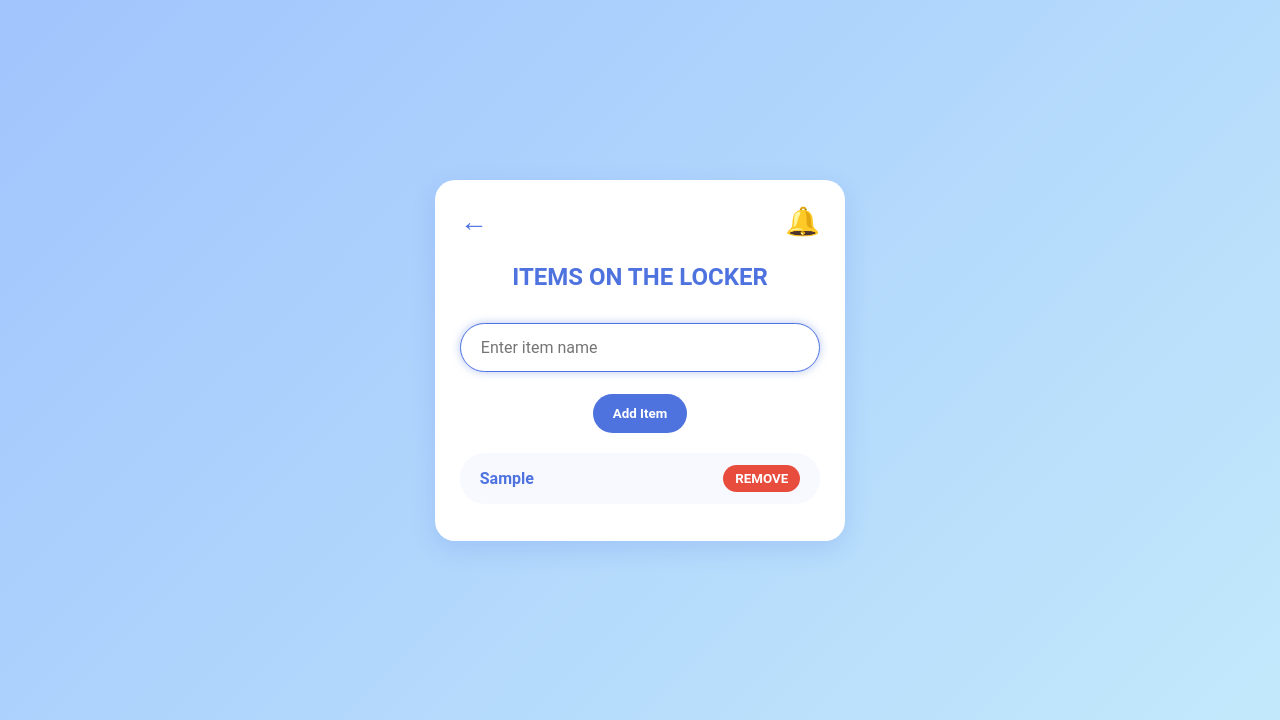
Repository: chaalim/smartlockerapp
Page: smart-locker-app/items.html
The author's editor kept a copy of each file at every save. The page is drawn from the files as they stood at one save, then again after the next save.
The browser window is 1280 px wide. The pictures show the whole page.
Empty fields were first filled with sample values (such as "Sample", 5 or name@example.com).
After loading, the first visible `#item-form` was submitted once.

Above is the page before, as saved 2025-05-19 15:35:34.

### smart-locker-app/items.html
<!-- items.html -->
<!DOCTYPE html>
<html lang="en">
<head>
  <meta charset="UTF-8" />
  <meta name="viewport" content="width=device-width, initial-scale=1.0"/>
  <title>Smart Locker – Items</title>
  <link rel="stylesheet" href="styles.css" />
</head>
<body>
  <div class="dashboard-container">
    <div class="dashboard-header">
      <span class="icon" onclick="window.location.href='dashboard.html'">&#8592;</span>
      <span class="icon">&#128276;</span>
    </div>
    <h2>ITEMS ON THE LOCKER</h2>
    <form id="item-form">
      <input type="text" id="item-input" class="input" placeholder="Enter item name" required />
      <button type="submit" class="dashboard-btn">Add Item</button>
    </form>
    <div class="item-list" id="item-list">
      <!-- dynamically inserted items -->
    </div>
  </div>
  <script src="app.js"></script>
</body>
</html>

### smart-locker-app/styles.css
/* ===== Global Styles ===== */
* {
  margin: 0;
  padding: 0;
  box-sizing: border-box;
  font-family: 'Roboto', sans-serif;
}

body {
  background: linear-gradient(135deg, #a1c4fd, #c2e9fb);
  color: #333;
  min-height: 100vh;
  display: flex;
  justify-content: center;
  align-items: center;
  padding: 20px;
}

/* ===== Container ===== */
.container {
  background: #ffffff;
  border-radius: 20px;
  padding: 40px 30px;
  box-shadow: 0 8px 24px rgba(46, 89, 217, 0.15);
  width: 100%;
  max-width: 400px;
  text-align: center;
}

/* ===== Logo ===== */
.logo {
  width: 120px;
  margin-bottom: 25px;
  user-select: none;
}

/* ===== Headings ===== */
h1, h2 {
  font-weight: 700;
  color: #4e73df;
  margin-bottom: 20px;
}

/* ===== Inputs ===== */
.input {
  width: 100%;
  padding: 14px 20px;
  margin: 12px 0;
  border: 1.8px solid #ddd;
  border-radius: 25px;
  font-size: 16px;
  transition: border-color 0.3s ease, box-shadow 0.3s ease;
  outline: none;
}

.input:focus {
  border-color: #4e73df;
  box-shadow: 0 0 8px rgba(78, 115, 223, 0.4);
}

/* ===== Buttons ===== */
.btn {
  width: 100%;
  padding: 14px 0;
  background-color: #4e73df;
  color: white;
  border: none;
  border-radius: 25px;
  font-size: 18px;
  font-weight: 600;
  cursor: pointer;
  margin-top: 20px;
  transition: background-color 0.3s ease;
  user-select: none;
}

.btn:hover {
  background-color: #2e59d9;
}

/* ===== Links ===== */
.link {
  display: inline-block;
  margin-top: 15px;
  color: #4e73df;
  font-weight: 600;
  text-decoration: none;
  font-size: 14px;
  transition: color 0.3s ease;
}

.link:hover {
  text-decoration: underline;
  color: #2e59d9;
}

/* ===== Profile Page Specific ===== */
.profile {
  max-width: 450px;
}

.top-bar {
  display: flex;
  align-items: center;
  justify-content: flex-start;
  margin-bottom: 25px;
}

.back-btn {
  font-size: 24px;
  background: none;
  border: none;
  cursor: pointer;
  color: #4e73df;
  user-select: none;
  margin-right: 15px;
  transition: color 0.3s ease;
}

.back-btn:hover {
  color: #2e59d9;
}

.profile-icon {
  width: 50px;
  height: 50px;
  border-radius: 50%;
  user-select: none;
}

.profile-box {
  text-align: left;
  background: #f7f9ff;
  border-radius: 15px;
  padding: 30px;
  box-shadow: inset 0 0 10px rgba(78, 115, 223, 0.1);
}

.profile-details .detail {
  margin-bottom: 18px;
  font-size: 16px;
  color: #555;
}

.profile-details strong {
  color: #4e73df;
}

.btn-edit, .btn-save {
  background-color: #4e73df;
  color: white;
  border-radius: 25px;
  padding: 12px 25px;
  border: none;
  cursor: pointer;
  font-weight: 600;
  width: 100%;
  margin-top: 20px;
  transition: background-color 0.3s ease;
}

.btn-edit:hover, .btn-save:hover {
  background-color: #2e59d9;
}

/* ===== Notifications ===== */
.notifications {
  max-width: 400px;
  margin: 20px auto 0;
}

.notif {
  background-color: #e9f0ff;
  border-left: 5px solid #4e73df;
  padding: 15px 20px;
  margin-bottom: 15px;
  border-radius: 10px;
  font-size: 15px;
  color: #333;
}

.notif small {
  display: block;
  margin-top: 6px;
  color: #666;
}

/* ===== Locker Status ===== */
.locked {
  color: #e74c3c;
  font-weight: 700;
}

.unlocked {
  color: #27ae60;
  font-weight: 700;
}

.log-list {
  list-style-type: none;
  padding-left: 0;
  font-size: 15px;
  color: #444;
  margin-bottom: 20px;
}

.log-list li {
  padding: 8px 0;
  border-bottom: 1px solid #eee;
}

/* ===== Calendar placeholder ===== */
.calendar {
  background: #f7f9ff;
  padding: 15px;
  border-radius: 15px;
  text-align: center;
  font-size: 16px;
  color: #4e73df;
  box-shadow: inset 0 0 10px rgba(78, 115, 223, 0.1);
}

/* ===== Items Page ===== */
.dashboard-container {
  max-width: 420px;
  margin: 20px auto;
  background: white;
  border-radius: 20px;
  padding: 25px;
  box-shadow: 0 8px 24px rgba(46, 89, 217, 0.15);
  text-align: center;
}

.dashboard-header {
  display: flex;
  justify-content: space-between;
  margin-bottom: 25px;
}

.dashboard-header .icon {
  font-size: 28px;
  cursor: pointer;
  color: #4e73df;
  user-select: none;
  transition: color 0.3s ease;
}

.dashboard-header .icon:hover {
  color: #2e59d9;
}

.dashboard-btn {
  background-color: #4e73df;
  color: white;
  padding: 12px 20px;
  border: none;
  border-radius: 25px;
  font-weight: 600;
  cursor: pointer;
  margin: 10px 0;
  transition: background-color 0.3s ease;
}

.dashboard-btn:hover {
  background-color: #2e59d9;
}

.item-list .item {
  background-color: #f7f9ff;
  border-radius: 25px;
  padding: 12px 20px;
  margin-bottom: 12px;
  display: flex;
  justify-content: space-between;
  align-items: center;
  font-weight: 600;
  color: #4e73df;
}

.btn-remove {
  background-color: #e74c3c;
  border: none;
  color: white;
  padding: 6px 12px;
  border-radius: 20px;
  cursor: pointer;
  font-weight: 600;
  transition: background-color 0.3s ease;
  user-select: none;
}

.btn-remove:hover {
  background-color: #c0392b;
}

/* ===== Miscellaneous ===== */
.text-link {
  color: #4e73df;
  text-decoration: none;
  font-weight: 600;
  margin-top: 15px;
  display: inline-block;
}

.text-link:hover {
  text-decoration: underline;
  color: #2e59d9;
}

/* ===== Responsive ===== */
@media (max-width: 480px) {
  .container, .dashboard-container {
    padding: 30px 20px;
    width: 100%;
    margin: 10px;
  }
}

### smart-locker-app/js/app.js
// Navigation helper
function goTo(page) {
  window.location.href = page;
}

// Stub for menu toggle (you can implement sidebar toggle here)
function toggleMenu() {
  alert('Menu toggle clicked! Implement sidebar toggle here.');
}

// ===== Sign In =====
function signIn() {
  const email = document.getElementById('signin-email').value.trim();
  const password = document.getElementById('signin-password').value.trim();

  if (email && password) {
    alert('Login successful!');
    goTo('dashboard.html');
  } else {
    alert('Please enter your credentials.');
  }
}

// ===== Register =====
function register() {
  const username = document.getElementById('reg-username').value.trim();
  const email = document.getElementById('reg-email').value.trim();
  const password = document.getElementById('reg-password').value.trim();

  if (username && email && password) {
    alert('Registered successfully!');
    goTo('index.html');
  } else {
    alert('Please fill all fields.');
  }
}

// ===== Save Profile (Edit) =====
function saveProfile() {
  alert('Profile updated!');
  goTo('profile.html');
}

// ===== Items Page Functionality =====
document.addEventListener('DOMContentLoaded', () => {
  const itemForm = document.getElementById('item-form');
  const itemInput = document.getElementById('item-input');
  const itemList = document.getElementById('item-list');

  if (itemForm && itemInput && itemList) {
    itemForm.addEventListener('submit', e => {
      e.preventDefault();
      const val = itemInput.value.trim();
      if (!val) return;

      const div = document.createElement('div');
      div.className = 'item dashboard-btn';
      div.style.display = 'flex';
      div.style.justifyContent = 'space-between';
      div.style.alignItems = 'center';

      div.innerHTML = `
        <span>${val}</span>
        <button class="btn-remove">REMOVE</button>
      `;

      itemList.appendChild(div);

      div.querySelector('.btn-remove').addEventListener('click', () => {
        div.remove();
      });

      itemInput.value = '';
      itemInput.focus();
    });

    // Attach remove event to existing items on page load
    document.querySelectorAll('.btn-remove').forEach(button => {
      button.addEventListener('click', () => {
        button.parentElement.remove();
      });
    });
  }
});

After the next save:
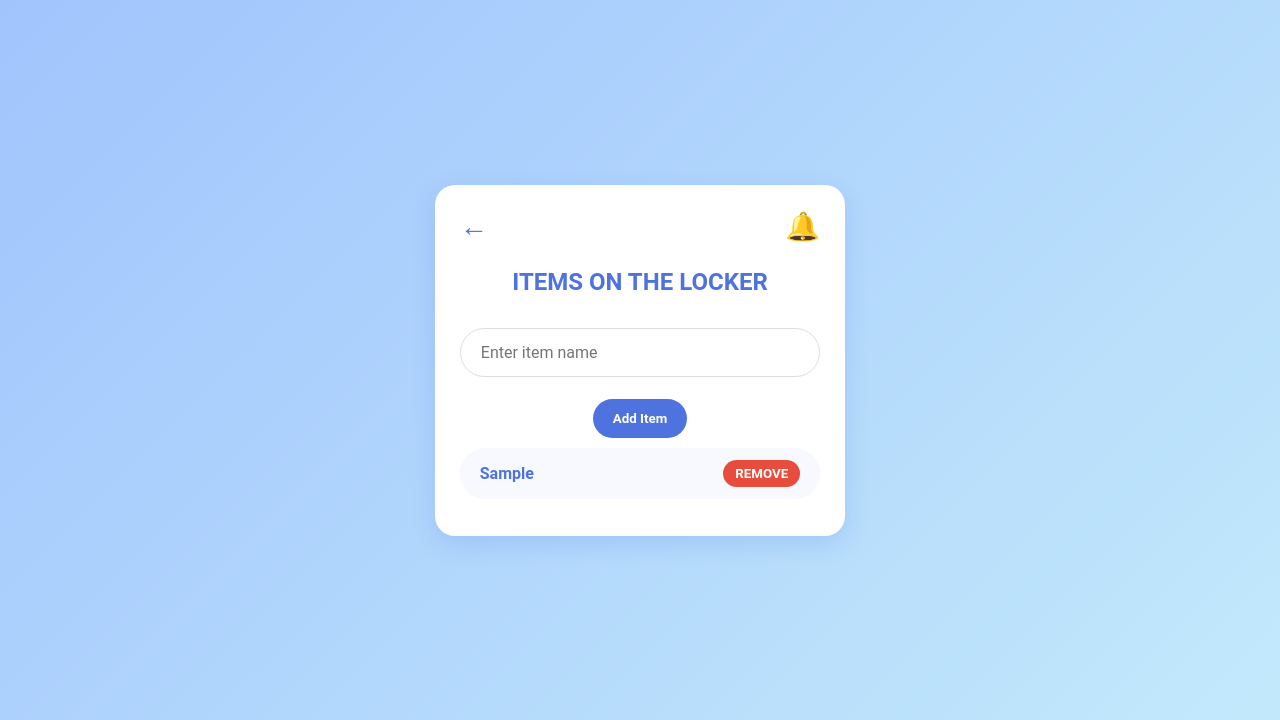
Saved 75 s later.
--- a/smart-locker-app/js/app.js
+++ b/smart-locker-app/js/app.js
@@ -1,51 +1,65 @@
-// Navigation helper
-function goTo(page) {
+// ===== Navigation Helpers =====
+function navigateTo(page) {
   window.location.href = page;
 }
 
-// Stub for menu toggle (you can implement sidebar toggle here)
-function toggleMenu() {
-  alert('Menu toggle clicked! Implement sidebar toggle here.');
+// For pages that used inline goBack()
+function goBack() {
+  // Guessing most “back” buttons go to dashboard
+  navigateTo('dashboard.html');
 }
 
-// ===== Sign In =====
+// ===== Authentication =====
 function signIn() {
-  const email = document.getElementById('signin-email').value.trim();
-  const password = document.getElementById('signin-password').value.trim();
+  const emailEl = document.getElementById('signin-email')
+                || document.querySelectorAll('.input')[0];
+  const passEl  = document.getElementById('signin-password')
+                || document.querySelectorAll('.input')[1];
+
+  const email    = emailEl.value.trim();
+  const password = passEl.value.trim();
 
   if (email && password) {
     alert('Login successful!');
-    goTo('dashboard.html');
+    navigateTo('dashboard.html');
   } else {
     alert('Please enter your credentials.');
   }
 }
 
-// ===== Register =====
 function register() {
-  const username = document.getElementById('reg-username').value.trim();
-  const email = document.getElementById('reg-email').value.trim();
-  const password = document.getElementById('reg-password').value.trim();
+  const userEl = document.getElementById('reg-username')
+              || document.querySelector('input[placeholder="User Name"]');
+  const emailEl= document.getElementById('reg-email')
+              || document.querySelector('input[type="email"]');
+  const passEl = document.getElementById('reg-password')
+              || document.querySelector('input[type="password"]');
+
+  const username = userEl.value.trim();
+  const email    = emailEl.value.trim();
+  const password = passEl.value.trim();
 
   if (username && email && password) {
     alert('Registered successfully!');
-    goTo('index.html');
+    navigateTo('index.html');
   } else {
     alert('Please fill all fields.');
   }
 }
 
-// ===== Save Profile (Edit) =====
+// ===== Profile =====
 function saveProfile() {
+  // Placeholder: hook into form or backend here
   alert('Profile updated!');
-  goTo('profile.html');
+  navigateTo('profile.html');
 }
 
-// ===== Items Page Functionality =====
+// ===== DOM-Loaded Wiring =====
 document.addEventListener('DOMContentLoaded', () => {
-  const itemForm = document.getElementById('item-form');
+  // ITEMS PAGE: add & remove
+  const itemForm  = document.getElementById('item-form');
   const itemInput = document.getElementById('item-input');
-  const itemList = document.getElementById('item-list');
+  const itemList  = document.getElementById('item-list');
 
   if (itemForm && itemInput && itemList) {
     itemForm.addEventListener('submit', e => {
@@ -54,16 +68,14 @@ document.addEventListener('DOMContentLoaded', () => {
       if (!val) return;
 
       const div = document.createElement('div');
-      div.className = 'item dashboard-btn';
+      div.className = 'item';
       div.style.display = 'flex';
       div.style.justifyContent = 'space-between';
       div.style.alignItems = 'center';
-
       div.innerHTML = `
         <span>${val}</span>
         <button class="btn-remove">REMOVE</button>
       `;
-
       itemList.appendChild(div);
 
       div.querySelector('.btn-remove').addEventListener('click', () => {
@@ -71,14 +83,40 @@ document.addEventListener('DOMContentLoaded', () => {
       });
 
       itemInput.value = '';
-      itemInput.focus();
-    });
-
-    // Attach remove event to existing items on page load
-    document.querySelectorAll('.btn-remove').forEach(button => {
-      button.addEventListener('click', () => {
-        button.parentElement.remove();
-      });
     });
   }
+
+  // NOTIFICATIONS PAGE: static list
+  const notifContainer = document.querySelector('.notifications');
+  if (notifContainer) {
+    notifContainer.innerHTML = ''; // clear existing
+    const messages = [
+      'Your Smart Locker has been locked.',
+      'Item “Laptop” removed successfully.',
+      'Unauthorized access attempt detected!'
+    ];
+    messages.forEach(msg => {
+      const n = document.createElement('div');
+      n.className = 'notif';
+      n.innerHTML = `Smart Locker<br/><small>${msg}</small>`;
+      notifContainer.appendChild(n);
+    });
+  }
+
+  // STATUS PAGE: static log
+  const logList = document.querySelector('.log-list');
+  if (logList) {
+    logList.innerHTML = '';
+    ['LOCKED - 8:12 AM', 'UNLOCKED - 7:30 AM', 'ATTEMPT - 7:15 AM']
+      .forEach(entry => {
+        const li = document.createElement('li');
+        li.textContent = entry;
+        logList.appendChild(li);
+      });
+  }
+
+  // Hook generic back buttons (if any)
+  document.querySelectorAll('.back-btn, .icon.back').forEach(btn =>
+    btn.addEventListener('click', goBack)
+  );
 });
